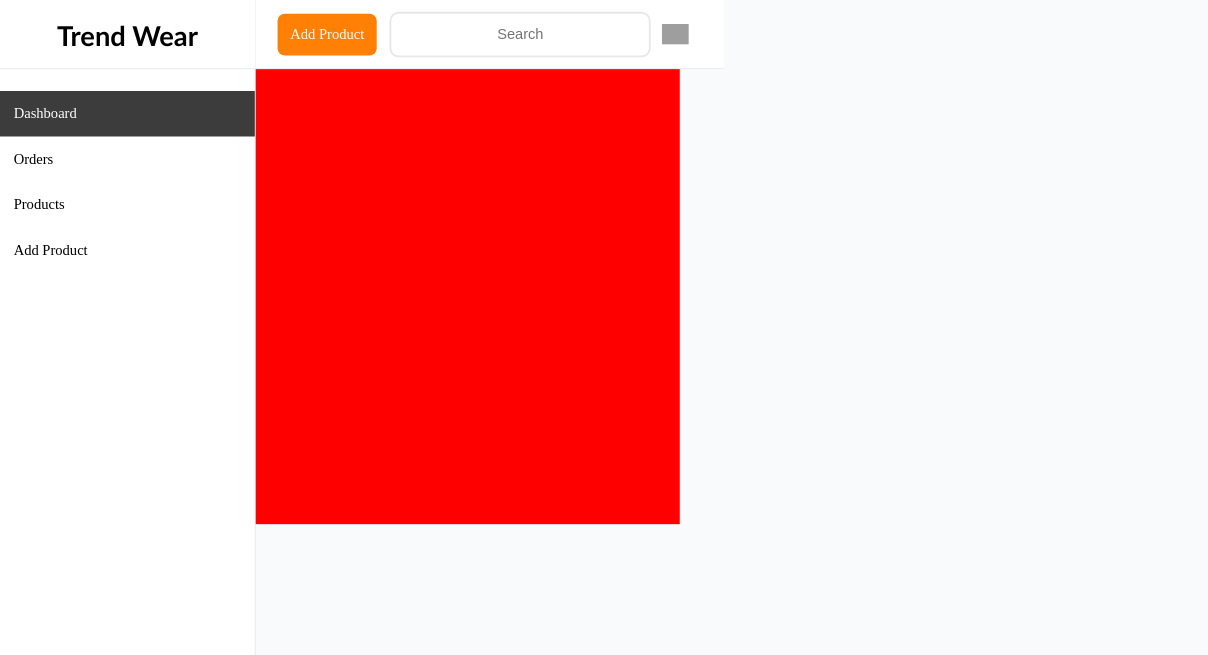
Repository: ahmad-dev7/TrendWear
Page: / (app in trend_wear_dashboard/)
These files come from the project's save history. The page is drawn as it stood at one moment and after the next save; the edit follows.
The browser window is 1280 px wide. The page is 1280 px wide, then 1328 px, so the pictures cover 1328 px, including what lies to the right of the window. The pictures show the whole page, at 91% of full size.
Pictures or frames that could not be fetched are drawn as grey boxes. The project was rebuilt for these pictures with package versions that can differ from the ones it lists, and the page was loaded fresh each time. Also part of the build but not shown: trend_wear_dashboard/vite.config.ts.

Above is the page before, as saved 2025-01-19 19:56:15.

After the next save:
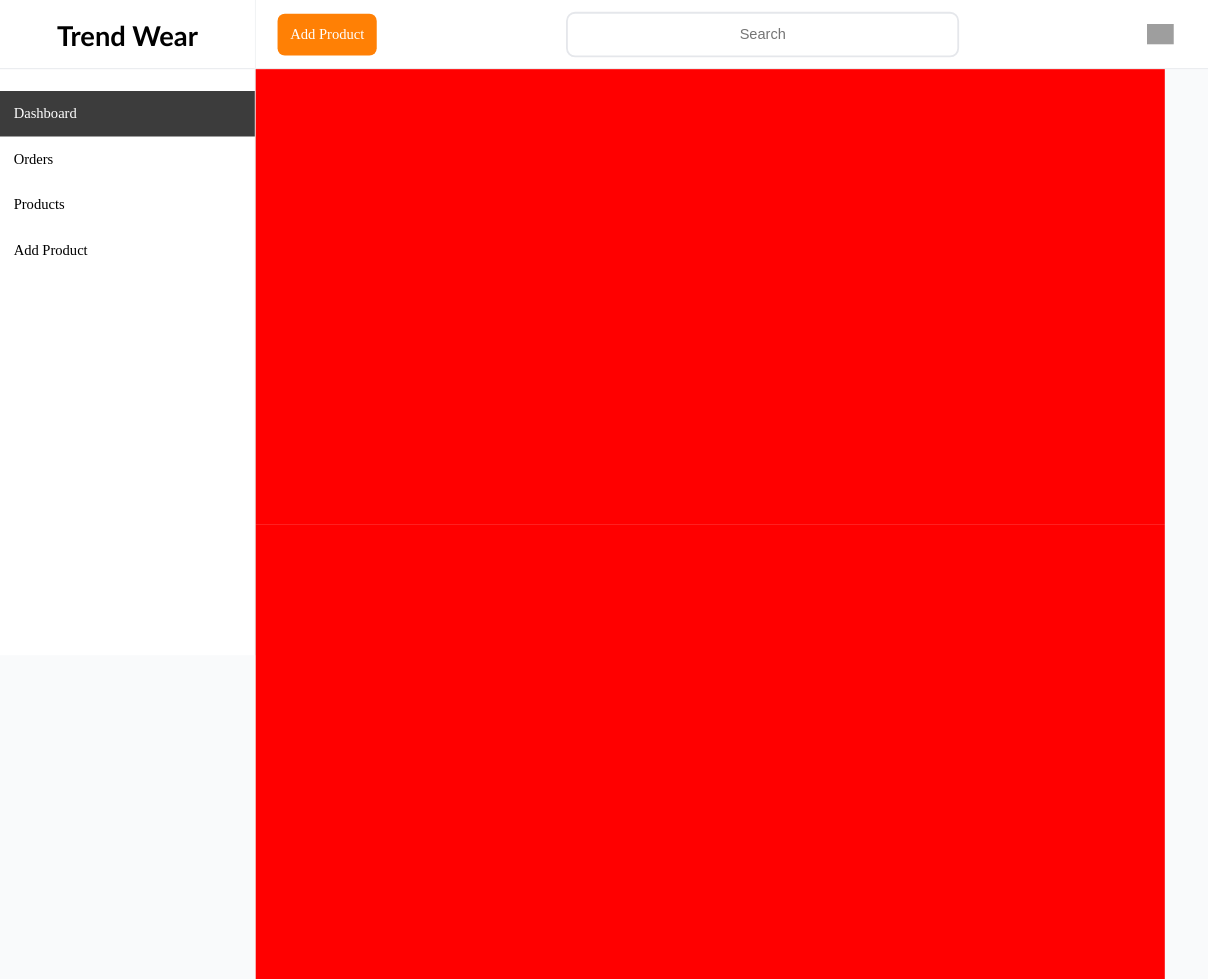
Saved 35 s later.
--- a/trend_wear_dashboard/src/App.tsx
+++ b/trend_wear_dashboard/src/App.tsx
@@ -5,7 +5,10 @@ function App() {
   return (
     <div id="parent">
       <Sidebar />
-      <Navbar />
+      <div style={{ flex: 1 }}>
+        <Navbar />
+        <div id="content-body">{/* Main body content here */}</div>
+      </div>
     </div>
   );
 }
